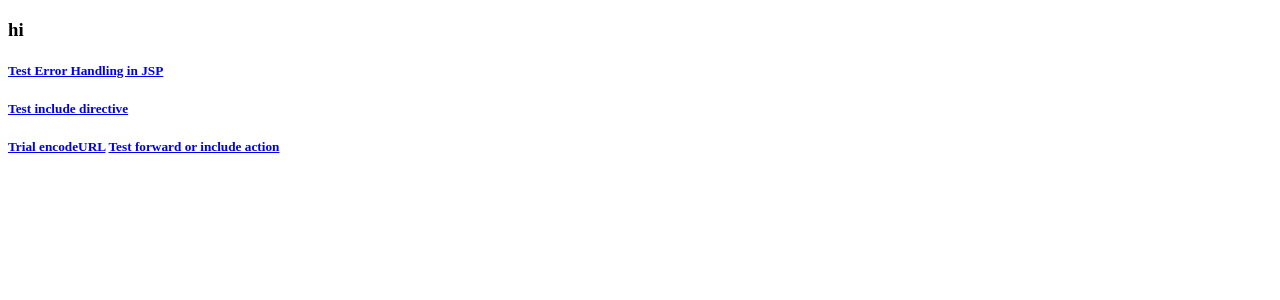
Repository: akshay399/adv-java-daywise
Page: http://localhost/day6.1_rerun/
The author's editor kept a copy of each file at every save. The page is drawn from the files as they stood at one save, then again after the next save.
The browser window is 1280 px wide. The pictures show the whole page.
The page is served by Tomcat 9. Nobody is signed in. The application's start-up code is not run. Other server files are loaded and not shown.

Above is the page before, as saved 2022-11-28 18:47:13.

### day6.1_rerun/src/main/webapp/index.jsp
<%@ page language="java" contentType="text/html; charset=UTF-8"
    pageEncoding="UTF-8"%>
<!DOCTYPE html>
<html>
<head>
<meta charset="UTF-8">
<title>index</title>
</head>
<body>

<h3>hi</h3>
<h5>
<a href="test1.jsp">Test Error Handling in JSP</a>
	</h5>
	<h5>
		<a href="test2.jsp">Test include directive</a>
	</h5>
	<h5>
	<%
	String encUrl = response.encodeURL("trial.jsp");
	%>
	<%session.setAttribute("key", "this is the trail"); %>
	<a href="<%=encUrl%>">Trial encodeURL</a>
		<a href="test4.jsp">Test forward or include action</a>
	</h5>
</body>
</html>

After the next save:
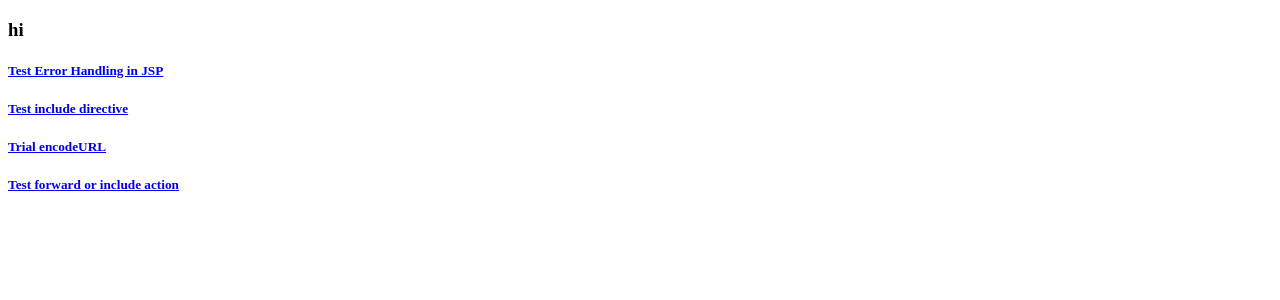
Saved 9 min 6 s later.
--- a/day6.1_rerun/src/main/webapp/index.jsp
+++ b/day6.1_rerun/src/main/webapp/index.jsp
@@ -21,7 +21,8 @@
 	%>
 	<%session.setAttribute("key", "this is the trail"); %>
 	<a href="<%=encUrl%>">Trial encodeURL</a>
-		<a href="test4.jsp">Test forward or include action</a>
+
 	</h5>
+	<h5><a href="test4.jsp">Test forward or include action</a></h5>
 </body>
 </html>
